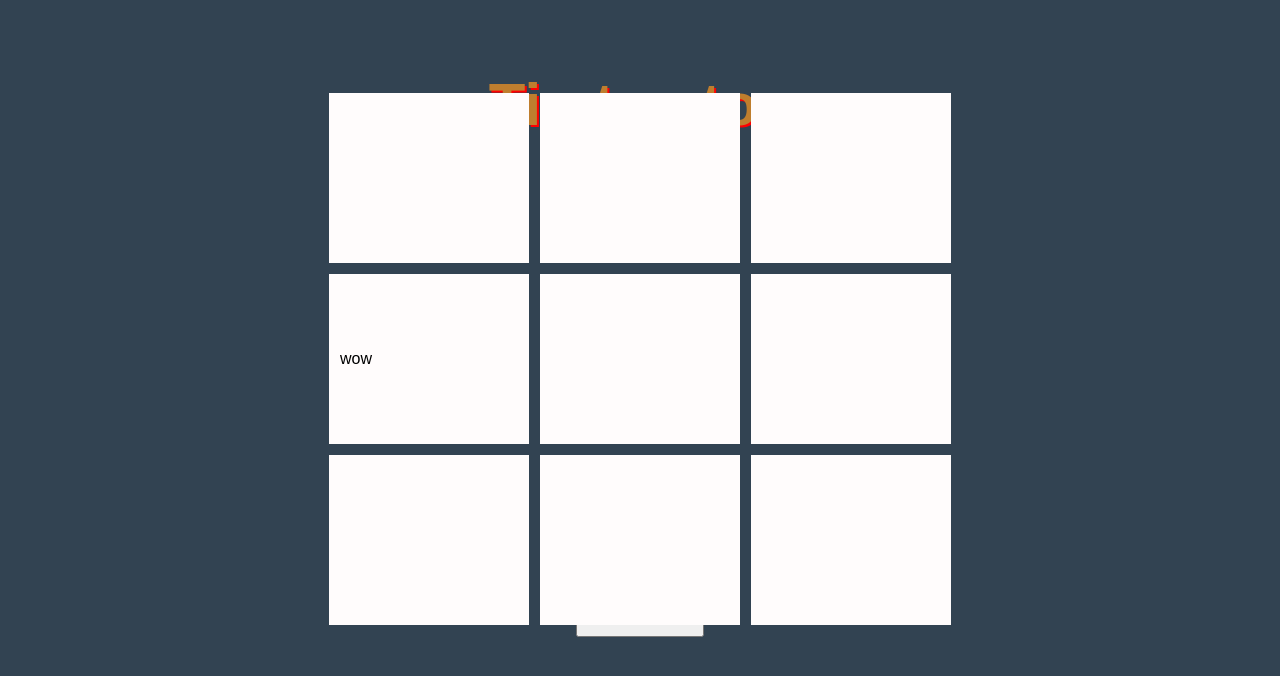
Repository: F0RDTOPG/Xand0
Page: base.html
An editor plug-in stored every save of this project. The page is shown before and after a run of saves, followed by the edit.
The browser window is 1280 px wide. The pictures show the whole page.
Some web fonts or font styles are not loaded; a fallback is used.

Above is the page before, as saved 2023-11-08 14:53:02.

### base.html
<!DOCTYPE html>
<html lang="en">
<head>
    <meta charset="UTF-8">
    <meta name="viewport" content="width=device-width, initial-scale=1.0">
    <title>Tic-tac-toe</title>
    <link rel="stylesheet" href="styles.css">
</head>
<link rel="shortcut icon" href="">
<body>
    <header>
        <div class="Title">
            <h1>Tic-tac-toe</h1>
        </div>
    </header>
    <main>

        <div id="square" class="container">
            <div data-cell-index="0" class="grid-item"></div>
            <div data-cell-index="1" class="grid-item"></div>
            <div data-cell-index="2" class="grid-item"></div>
            <div data-cell-index="3" class="grid-item"></div>
            <div data-cell-index="4" class="grid-item"></div>
            <div data-cell-index="5" class="grid-item"></div>
            <div data-cell-index="6" class="grid-item"></div>
            <div data-cell-index="7" class="grid-item"></div>
            <div data-cell-index="8" class="grid-item"></div>
        </div>
        <div class="winorlose">
            wow
        </div>
    </main>

    <footer>
        <button id="button1" class="button1">Restart</button>
    </footer>
    <script src="script.js"></script>

</body>
</html>

### styles.css
@import url('https://fonts.googleapis.com/css2?family=Kenia&display=swap');
*{
  font-family: 'Kenia', sans-serif;
}
.container {
    display: grid;
    grid-template-columns: 1fr 1fr 1fr;
    grid-template-rows: 1fr 1fr 1fr;
    gap: 1px;
  }
  .Title{
    font-size: 30px;
    text-shadow: 2px 2px #FF0000;
    margin-top: 30px;
    display: flex;
    justify-content: center;
    align-items:center;
    color: rgb(191, 126, 46);
  }
  body{
    margin: 0;
    padding: 0;
    background-color:rgb(50, 67, 82);
  }
  main{
    display: flex;
    justify-content: center;
    align-items: center;
    height: 50vh;
    position: relative;
  }

.grid-item{
  z-index: 0;
  display: flex;
  justify-content: center;
  align-items:center;
  color:rgb(56, 52, 52); ;
  margin: 5px;
  font-size: 120px;
  width: 200px;
  height: 170px;
  background-color:rgb(255, 252, 252);
  cursor: pointer;
}
footer{
  height: 20vh;
  display: flex;
  align-items:center;
  justify-content: center;
}
.button1{
  color: rgb(41, 41, 41);
  font-size: 26px;
  width: 10vw;
  height: 7vh;

}
.winorlose{
  display: flex;
  margin-right: 300px;
  align-items:center;
  width: 300px;
  height: 400px;
  color: rgb(0, 0, 0);
  position: absolute;
  z-index: 99 !important;
}

### script.js
const grid_items = document.querySelectorAll(".grid-item");
const myButton = document.querySelector('.button1');


const WinCon = [
    [0, 1, 2],
    [3, 4, 5],
    [6, 7, 8],
    [0, 3, 6],
    [1, 4, 7],
    [2, 5, 8],
    [0, 4, 8],
    [2, 4, 6]
];
let options = ["", "", "", "", "", "", "", "", ""];
let currentPlayer = "X";
let running = false;

game();

function game() {
    grid_items.forEach(grid_item => grid_item.addEventListener("click", cell_click));
    running = true;
}

function cell_click() {
    const cellIndex = this.getAttribute("data-cell-index");

    if (options[cellIndex] !== "" || !running) {
        return;
    }
    updateCell(this, cellIndex);
    change_player();
    winner();
}

function updateCell(cell, index) {
    options[index] = currentPlayer;
    cell.textContent = currentPlayer;
}

function change_player() {
    currentPlayer = (currentPlayer === "X") ? "O" : "X";
}
function handleClick() {
    window.location.reload();
  }

function winner() {
    for (let i = 0; i < WinCon.length; i++) {
        const condition = WinCon[i];
        const cellA = options[condition[0]];
        const cellB = options[condition[1]];
        const cellC = options[condition[2]];

        if (cellA === "" || cellB === "" || cellC === "") {
            continue;
        }
        if (cellA === cellB && cellB === cellC) {

            running = false;
            change_player()
            alert(currentPlayer);
            handleClick()

        }
    }

    if (!options.includes("") && running) {
        running = false;
        alert('It\'s a draw!');
        handleClick()
    }
}
// button
myButton.addEventListener('click', () => {
    handleClick()
  });

After the next 2 saves:
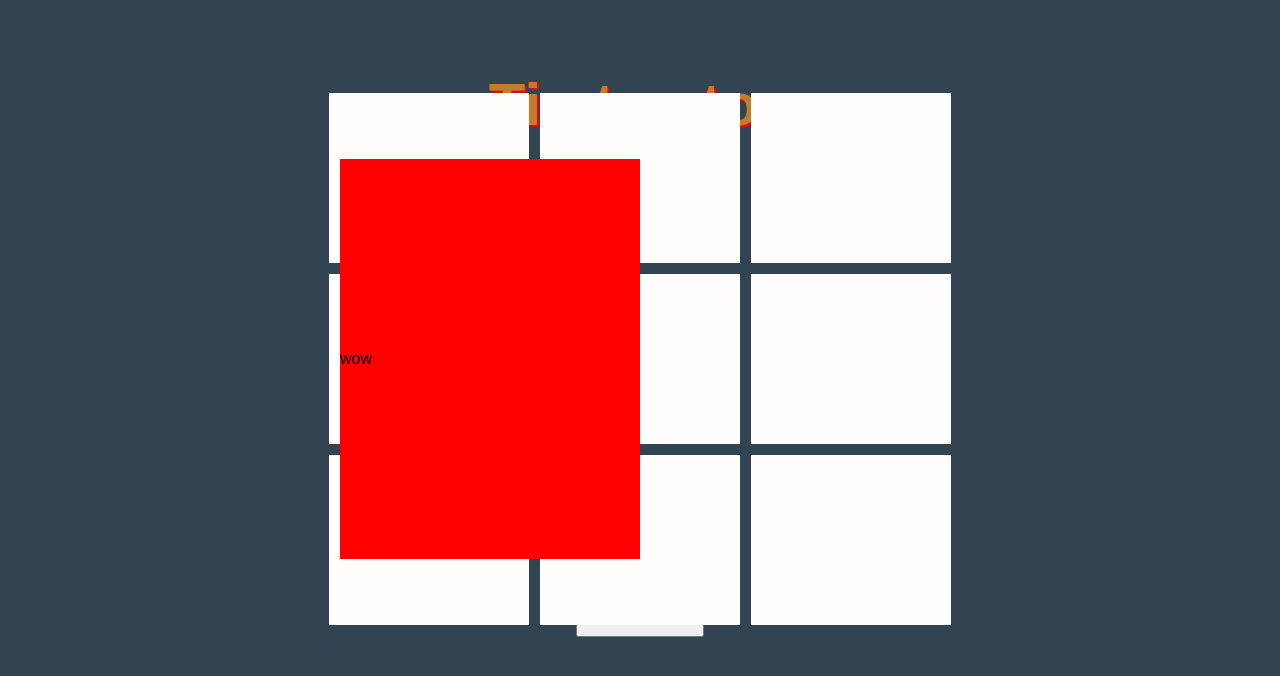
The 2 saves are shown as one change because they came seconds apart.
The last was saved 16 s later.
--- a/styles.css
+++ b/styles.css
@@ -62,7 +62,7 @@ footer{
   align-items:center;
   width: 300px;
   height: 400px;
-  color: rgb(0, 0, 0);
+  background-color:red;
   position: absolute;
   z-index: 99 !important;
 }
